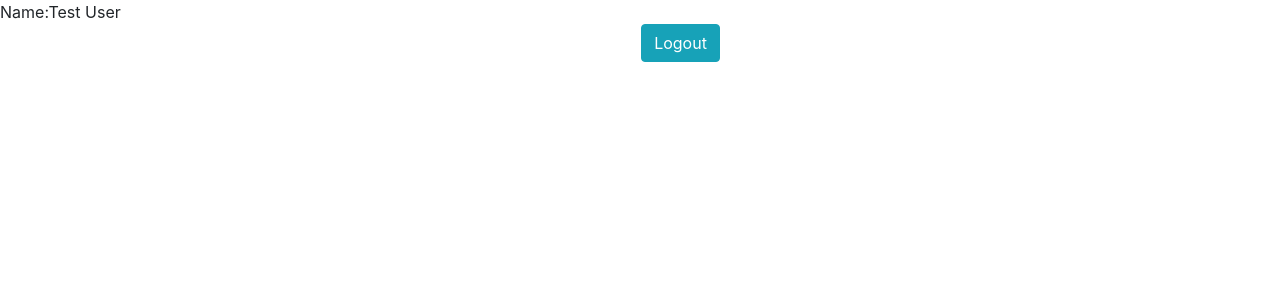
Repository: sindurup/Phase2Project
Page: http://localhost/LearnersAcademyPro/classInfo.jsp
The author's editor kept a copy of each file at every save. The page is drawn from the files as they stood at one save, then again after the next save.
The browser window is 1280 px wide. The pictures show the whole page.
Some web libraries are served in a nearby version. The page is served by Tomcat 9. The session is filled in as if someone had signed in: {"uname": "Test User", "pw": 1}.

Above is the page before, as saved 2021-09-27 10:53:35.
Console error: TypeError: Cannot read properties of undefined (reading 'fn')

After the next save:
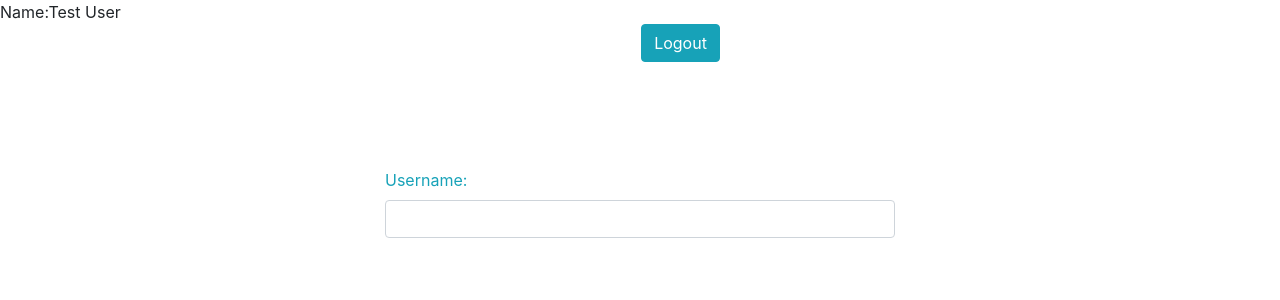
Saved 94 min 21 s later.
--- a/LearnersAcademyPro/src/main/webapp/classInfo.jsp
+++ b/LearnersAcademyPro/src/main/webapp/classInfo.jsp
@@ -39,7 +39,8 @@ out.println("Name:"+session.getAttribute("uname"));
                         <form id="login" class="form" action="login" method="post">
 
                             <div class="form-group">
-
+                             <label for="username" class="text-info">Username:</label><br>
+                                <input type="text" name="username" id="username" class="form-control">
                             </div>
                             <div class="form-group">
 
